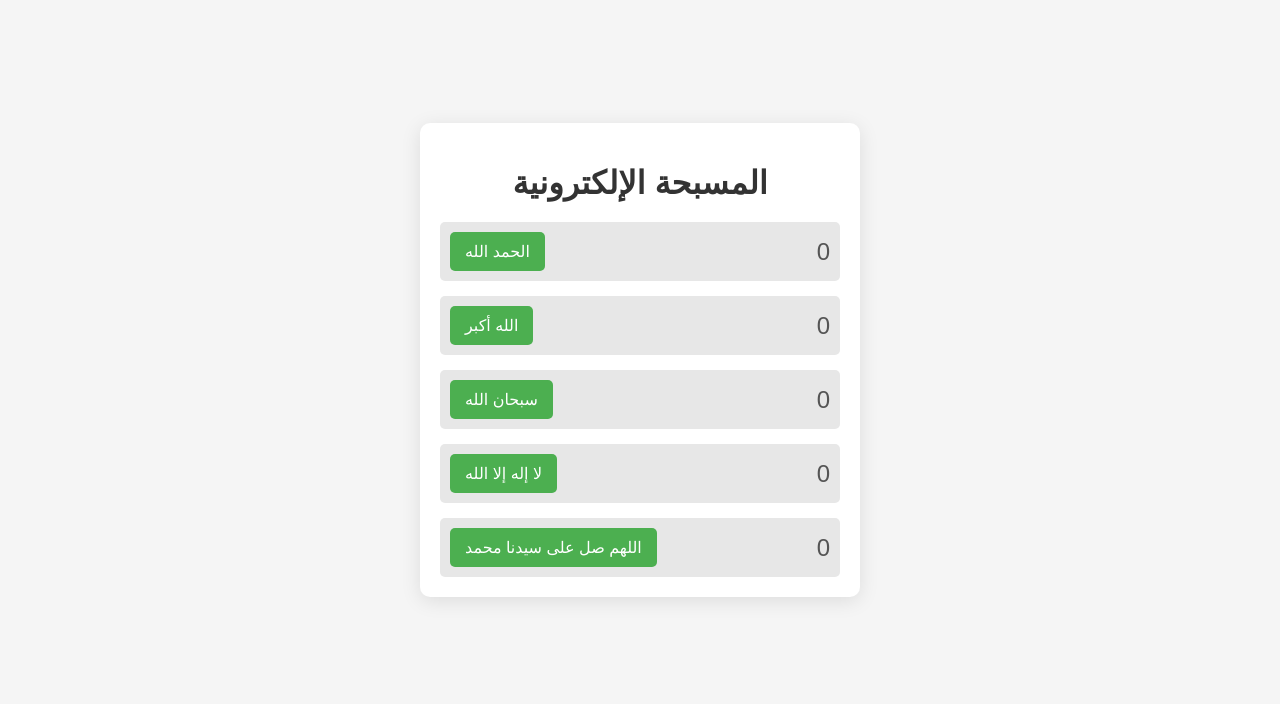
Repository: ShahdKItany/Electronic-Rosary
Page: index.html
These files come from the project's save history. The page is drawn as it stood at one moment and after the next save; the edit follows.
The browser window is 1280 px wide. The pictures show the whole page.

Above is the page before, as saved 2024-10-23 00:52:17.

### index.html
<!DOCTYPE html>
<html lang="ar">
<head>
  <meta charset="UTF-8">
  <meta name="viewport" content="width=device-width, initial-scale=1.0">
  <link rel="stylesheet" href="styles.css">
  <title>المسبحة الإلكترونية</title>
</head>
<body>
  <div class="container">
    <h1 class="title">المسبحة الإلكترونية</h1>
    <div class="button-container">
      <div class="button-group">
        <button id="incrementButton1">الحمد الله</button>
        <span id="counter1" class="counter">0</span>
      </div>
      <div class="button-group">
        <button id="incrementButton2">الله أكبر</button>
        <span id="counter2" class="counter">0</span>
      </div>
      <div class="button-group">
        <button id="incrementButton3">سبحان الله</button>
        <span id="counter3" class="counter">0</span>
      </div>
      <div class="button-group">
        <button id="incrementButton4">لا إله إلا الله</button>
        <span id="counter4" class="counter">0</span>
      </div>
      <div class="button-group">
        <button id="incrementButton5">اللهم صل على سيدنا محمد</button>
        <span id="counter5" class="counter">0</span>
      </div>
    </div>
  </div>

  <script src="main.js"></script>
</body>
</html>

### styles.css
body {
    font-family: Arial, sans-serif;
    background-color: #f5f5f5;
    display: flex;
    justify-content: center;
    align-items: center;
    height: 100vh;
    margin: 0;
  }

  .container {
    text-align: center;
    background-color: white;
    border-radius: 10px;
    box-shadow: 0 4px 20px rgba(0, 0, 0, 0.1);
    padding: 20px;
    max-width: 400px;
    width: 100%;
  }

  .title {
    color: #333;
    margin-bottom: 20px;
  }

  .button-container {
    display: flex;
    flex-direction: column;
    gap: 15px;
  }

  .button-group {
    display: flex;
    justify-content: space-between;
    align-items: center;
    background-color: #e7e7e7;
    border-radius: 5px;
    padding: 10px;
    transition: background-color 0.3s;
  }

  .button-group:hover {
    background-color: #d0d0d0;
  }

  button {
    background-color: #4CAF50;
    color: white;
    border: none;
    border-radius: 5px;
    padding: 10px 15px;
    cursor: pointer;
    font-size: 16px;
    transition: background-color 0.3s;
  }

  button:hover {
    background-color: #45a049;
  }

  .counter {
    font-size: 24px;
    color: #555;
  }

### main.js
const incrementButton1 = document.getElementById('incrementButton1');
const incrementButton2 = document.getElementById('incrementButton2');
const incrementButton3 = document.getElementById('incrementButton3');
const incrementButton4 = document.getElementById('incrementButton4');
const incrementButton5 = document.getElementById('incrementButton5');

const counterElement1 = document.getElementById('counter1');
const counterElement2 = document.getElementById('counter2');
const counterElement3 = document.getElementById('counter3');
const counterElement4 = document.getElementById('counter4');
const counterElement5 = document.getElementById('counter5');

let counterValue1 = 0;
let counterValue2 = 0;
let counterValue3 = 0;
let counterValue4 = 0;
let counterValue5 = 0;

incrementButton1.addEventListener('click', function() {
  counterElement1.textContent = ++counterValue1;
});

incrementButton2.addEventListener('click', function() {
  counterElement2.textContent = ++counterValue2;
});

incrementButton3.addEventListener('click', function() {
  counterElement3.textContent = ++counterValue3;
});

incrementButton4.addEventListener('click', function() {
  counterElement4.textContent = ++counterValue4;
});

incrementButton5.addEventListener('click', function() {
  counterElement5.textContent = ++counterValue5;
});

After the next save:
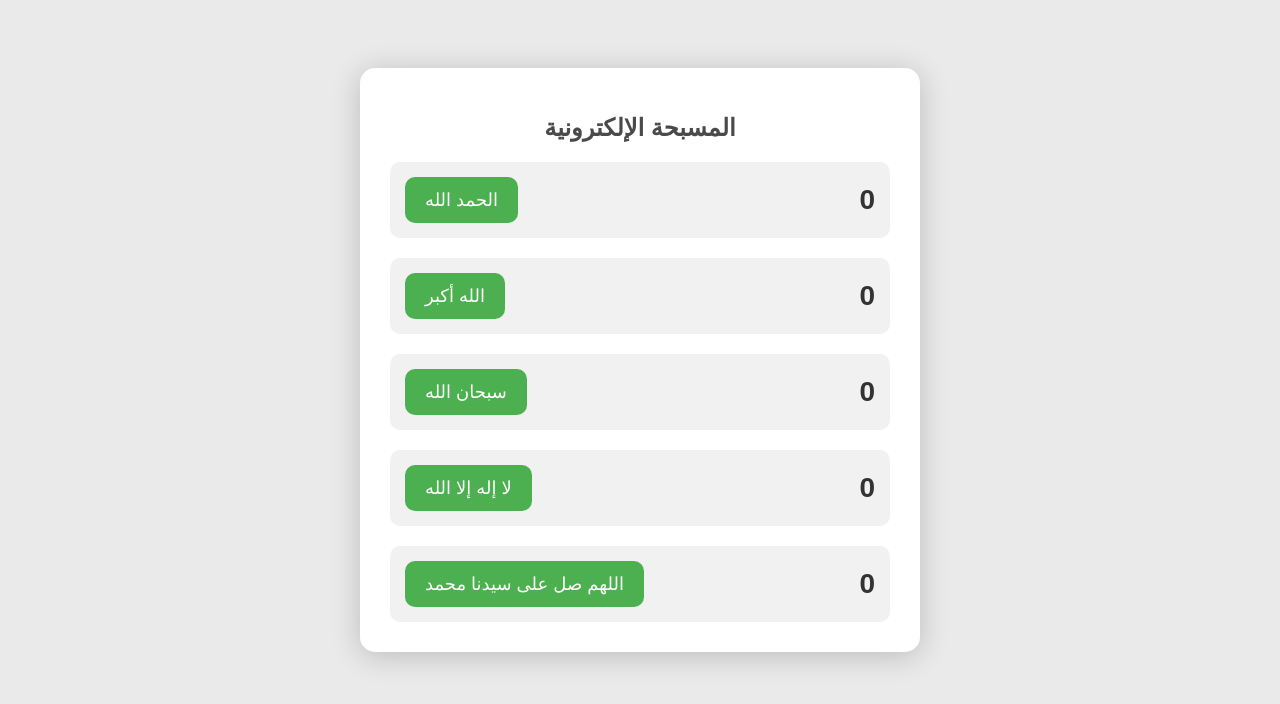
Saved 7 s later.
--- a/styles.css
+++ b/styles.css
@@ -1,6 +1,6 @@
 body {
-    font-family: Arial, sans-serif;
-    background-color: #f5f5f5;
+    font-family: 'Arial', sans-serif;
+    background-color: #eaeaea;
     display: flex;
     justify-content: center;
     align-items: center;
@@ -10,55 +10,59 @@ body {
 
   .container {
     text-align: center;
-    background-color: white;
-    border-radius: 10px;
-    box-shadow: 0 4px 20px rgba(0, 0, 0, 0.1);
-    padding: 20px;
-    max-width: 400px;
-    width: 100%;
+    background-color: #ffffff;
+    border-radius: 15px;
+    box-shadow: 0 4px 30px rgba(0, 0, 0, 0.2);
+    padding: 30px;
+    max-width: 500px;
+    width: 90%;
   }
 
   .title {
-    color: #333;
+    color: #4a4a4a;
     margin-bottom: 20px;
+    font-size: 24px;
+    font-weight: bold;
   }
 
   .button-container {
     display: flex;
     flex-direction: column;
-    gap: 15px;
+    gap: 20px;
   }
 
   .button-group {
     display: flex;
     justify-content: space-between;
     align-items: center;
-    background-color: #e7e7e7;
-    border-radius: 5px;
-    padding: 10px;
+    background-color: #f1f1f1;
+    border-radius: 10px;
+    padding: 15px;
     transition: background-color 0.3s;
   }
 
   .button-group:hover {
-    background-color: #d0d0d0;
+    background-color: #e0e0e0;
   }
 
   button {
     background-color: #4CAF50;
     color: white;
     border: none;
-    border-radius: 5px;
-    padding: 10px 15px;
+    border-radius: 10px;
+    padding: 12px 20px;
     cursor: pointer;
-    font-size: 16px;
-    transition: background-color 0.3s;
+    font-size: 18px;
+    transition: background-color 0.3s, transform 0.1s;
   }
 
   button:hover {
     background-color: #45a049;
+    transform: translateY(-2px);
   }
 
   .counter {
-    font-size: 24px;
-    color: #555;
+    font-size: 28px;
+    color: #333;
+    font-weight: bold;
   }
